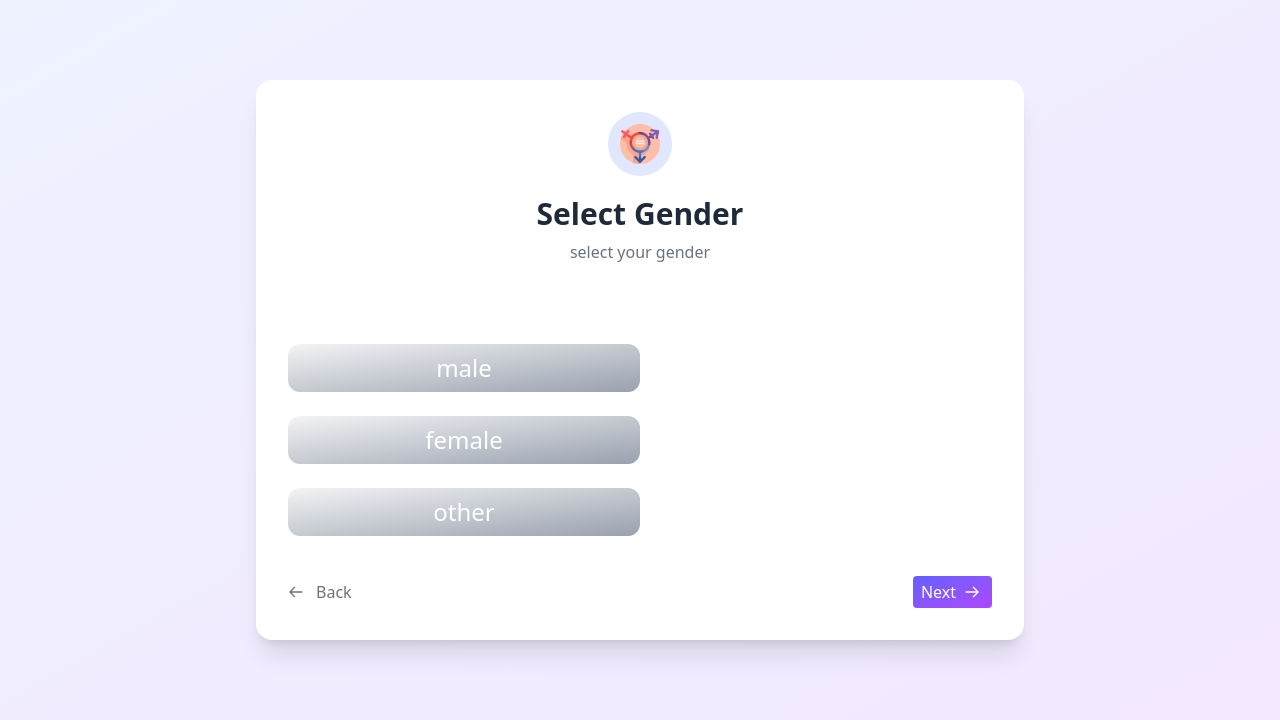
Repository: aryan151pratap/FitPanda
Page: / (app in frontened/)
An editor plug-in stored every save of this project. The page is shown before and after the next save, followed by the edit.
The browser window is 1280 px wide. The pictures show the whole page.
The project was rebuilt for these pictures with package versions that can differ from the ones it lists, and the page was loaded fresh each time. Also part of the build but not shown: frontened/vite.config.js, frontened/src/App.css, frontened/src/components/page_1.jsx, frontened/src/login/login.jsx, frontened/src/login/sign_up.jsx, frontened/src/login/otp.jsx, frontened/src/notification/notify.jsx.

Above is the page before, as saved 2025-06-04 23:22:03.

After the next save:
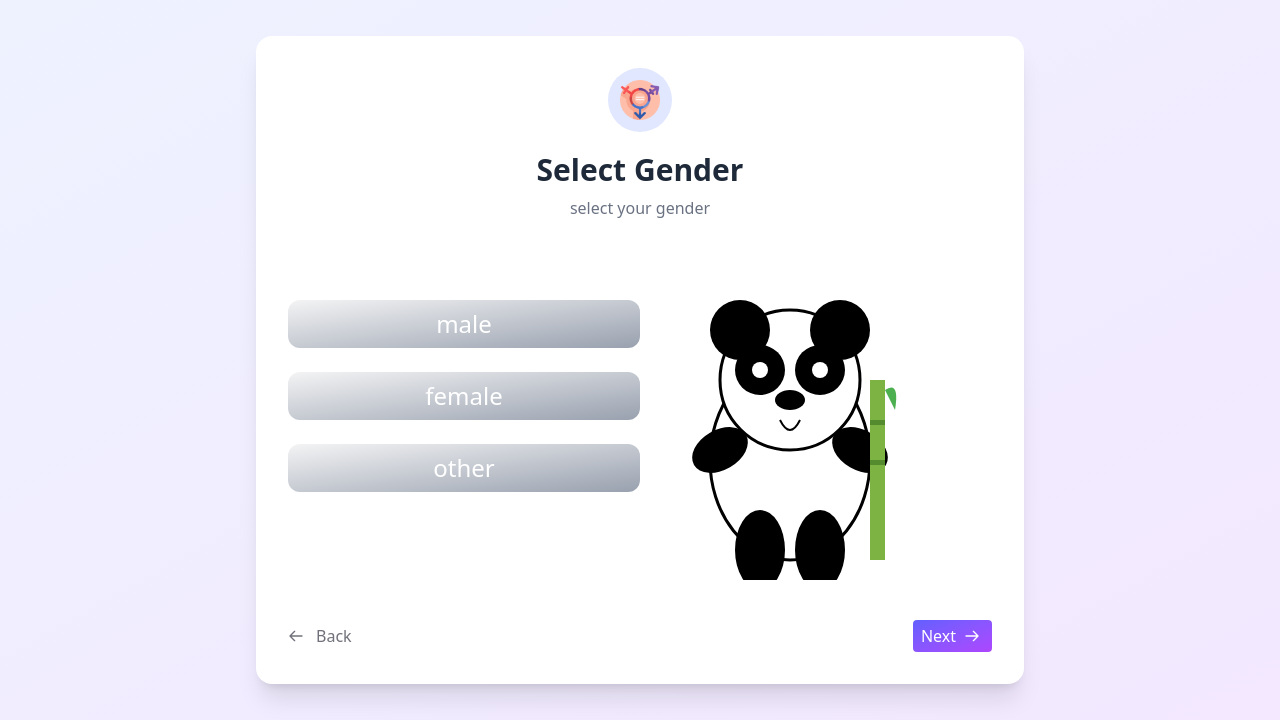
Saved 68 s later.
--- a/frontened/src/about_user/gender.jsx
+++ b/frontened/src/about_user/gender.jsx
@@ -48,7 +48,35 @@ function Gender(){
 						))}
 						</div>
 						<div>
+							<svg width="300" height="300" viewBox="0 0 300 300" xmlns="http://www.w3.org/2000/svg">
+  <ellipse cx="150" cy="180" rx="80" ry="100" fill="white" stroke="black" stroke-width="3"/>
 
+  <circle cx="150" cy="100" r="70" fill="white" stroke="black" stroke-width="3"/>
+
+  <circle cx="100" cy="50" r="30" fill="black"/>
+  <circle cx="200" cy="50" r="30" fill="black"/>
+
+  <circle cx="120" cy="90" r="25" fill="black"/>
+  <circle cx="180" cy="90" r="25" fill="black"/>
+
+  <circle cx="120" cy="90" r="8" fill="white"/>
+  <circle cx="180" cy="90" r="8" fill="white"/>
+
+  <ellipse cx="150" cy="120" rx="15" ry="10" fill="black"/>
+
+  <path d="M140 140 Q150 160 160 140" stroke="black" stroke-width="2" fill="none"/>
+
+  <ellipse cx="80" cy="170" rx="30" ry="20" fill="black" transform="rotate(-30 80 170)"/>
+  <ellipse cx="220" cy="170" rx="30" ry="20" fill="black" transform="rotate(30 220 170)"/>
+
+  <ellipse cx="120" cy="270" rx="25" ry="40" fill="black"/>
+  <ellipse cx="180" cy="270" rx="25" ry="40" fill="black"/>
+
+  <rect x="230" y="100" width="15" height="180" fill="#7CB342"/>
+  <rect x="230" y="140" width="15" height="5" fill="#558B2F"/>
+  <rect x="230" y="180" width="15" height="5" fill="#558B2F"/>
+  <path d="M245 110 Q260 100 255 130" fill="#4CAF50"/>
+</svg>
 						</div>
 					</div>
 
